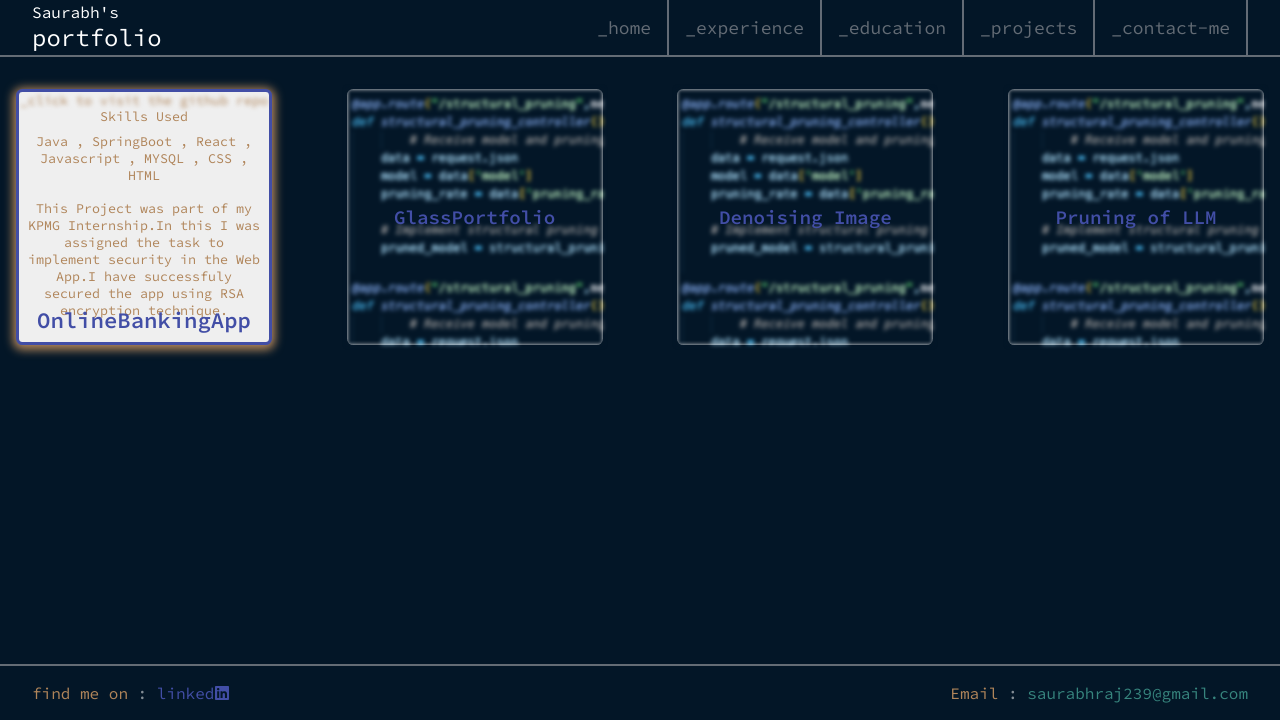
Repository: saurabhraj23/FrontendReactPortfolio
Page: /projects
The author's editor kept a copy of each file at every save. The page is drawn from the files as they stood at one save, then again after the next save.
The browser window is 1280 px wide. The pictures show the whole page.
The pointer rests on the first visible `.project-item`.
The project was rebuilt for these pictures with package versions that can differ from the ones it lists, and the page was loaded fresh each time. Also part of the build but not shown: vite.config.js, src/components/Education.jsx, src/components/Experience.jsx, src/components/Contacts.jsx, src/styles/default-page.css, src/components/DefaultPage.jsx.

Above is the page before, as saved 2024-07-23 15:14:27.

### index.html
<!doctype html>
<html lang="en">
  <head>
    <meta charset="UTF-8" />
    <link rel="icon" type="image/svg+xml" href="" />
    <meta name="viewport" content="width=device-width, initial-scale=1.0" />
    <title>Saurabh's portfolio</title>
  </head>
  <body>
    <div id="root"></div>
    <script type="module" src="/src/main.jsx"></script>
  </body>
</html>

### src/App.jsx
import React from "react";
import { BrowserRouter as Router, Route, Routes } from "react-router-dom";
import "./styles/App.css";
import Home from "./components/Home";
import Education from "./components/Education";
import Experience from "./components/Experience";
import Contacts from "./components/Contacts";
import Projects from "./components/Projects";
import Heading from "./components/Heading";
import Footer from "./components/Footer";
import DefaultPage from "./components/DefaultPage";

function App() {
  return (
    <div className="main">
      <Router>
        <Heading />
        <Routes>
          <Route path="/" element={<Home />}>
            <Route path="/" element={<DefaultPage />} />
            <Route path="/education" element={<Education />} />
            <Route path="/experience" element={<Experience />} />
            <Route path="/contacts" element={<Contacts />} />
            <Route path="/projects" element={<Projects />} />
          </Route>
        </Routes>
        <Footer />
      </Router>
    </div>
  );
}

export default App;

### src/styles/App.css
@import "./color.css";
@import "./experience.css";
@import "./education.css";
@import "./project.css";
@import "./header.css";
@import "./contact-me.css";
@import "./footer.css";
@import "./default-page.css";


*{
  margin:0;
  padding: 0;
  box-sizing: border-box;
  font-family: "Source Code Pro";
  font-weight: 400;
}

.main{
  background-color: var(--bg-color);
  color: var(--primary-white);
  height: 100vh;
  width: 100%;
  display: grid;
  grid-template-rows: 1fr 8fr 1fr;
  grid-template-columns: 4fr 3fr;
}

### src/components/Home.jsx
import React from "react";
import { Outlet } from "react-router-dom";

function Home() {
  return (
    <>
      <Outlet />
    </>
  );
}

export default Home;

### src/components/Projects.jsx
import React from "react";
import "../styles/App.css";
import { Link } from "react-router-dom";
import py from "../assets/py.png";
function Projects() {
  return (
    <>
      <div className="projects-left-side"></div>
      <div className="projects-right-side">
        <Link to={"https://github.com/saurabhraj23/OnlineBankingAppKPMG"}>
          <button className="project-item">
            <span>
              <span className="skills">
                <span className="skill-heading">Skills Used</span>
                <span>
                  Java , SpringBoot , React , Javascript , MYSQL , CSS , HTML
                </span>
              </span>
              <span>
                This Project was part of my KPMG Internship.In this I was
                assigned the task to implement security in the Web App.I have
                successfuly secured the app using RSA encryption technique.
              </span>
            </span>
            <span>OnlineBankingApp</span>
          </button>
        </Link>
        <Link to={"https://github.com/saurabhraj23/Glass-Portfolio"}>
          <button className="project-item">
            <span>
              <span className="skills">
                <span className="skill-heading">Skills Used :</span>
                <span>HTML , CSS , Javascript</span>
              </span>
              <span>
                The Website consists of some animation with glass design
                interface.Javascript DOM is used to perform click event.CSS
                property is extensively used to give the portfolio website a
                desirable look.
              </span>
            </span>
            <span>GlassPortfolio</span>
          </button>
        </Link>
        <Link to={"https://github.com/saurabhraj23/Denoising-Image"}>
          <button className="project-item">
            <span>
              <span className="skills">
                <span className="skill-heading">Skills Used</span>
                <span>Python , OpenCV</span>
              </span>
              <span>
                This project was meant to remove the periodic noise from the
                image by using Butterworth Low Pass Filter.
              </span>
            </span>
            <span>Denoising Image</span>
          </button>
        </Link>
        <Link to={"https://github.com/saurabhraj23/Pruning"}>
          <button className="project-item">
            <span>
              <span className="skills">
                <span className="skill-heading">Skills Used :</span>
                <span>Python , Flask , HuggingFace-cli , Linux</span>
              </span>
              <span>
                The Project aimed to demonstrate the capabilities of Kortex in
                enhancing AI-based operations within KPMG.I successfully
                completed the tasks assigned to me by implementing User
                Management functionalities , Optimizing and Prunining LLM models
                within Kortex.
              </span>
            </span>
            <span> Pruning of LLM</span>
          </button>
        </Link>
      </div>
    </>
  );
}

export default Projects;

### src/components/Heading.jsx
import React from "react";
import Navbar from "./Navbar";
function Heading() {
  return (
    <header className={"heading"}>
      <h2>
        <h6>Saurabh's</h6>
        portfolio
      </h2>
      <Navbar />
    </header>
  );
}

export default Heading;

### src/components/Footer.jsx
import React from "react";
import { Link } from "react-router-dom";
import { FaLinkedin } from "react-icons/fa";

function Footer() {
  return (
    <footer className="footer">
      <div>
        <span>find me on</span> <span>&nbsp;:</span>
        <Link to={"https://www.linkedin.com/in/saurabhraj239/"}>
          <span>
            &nbsp;linked
            <FaLinkedin />
          </span>
        </Link>
      </div>
      <div>
        <span>Email</span> <span> :</span>
        <span> saurabhraj239@gmail.com</span>
      </div>
    </footer>
  );
}

export default Footer;

### src/styles/color.css
@import url('https://fonts.googleapis.com/css2?family=Source+Code+Pro:ital,wght@0,200..900;1,200..900&display=swap');

:root {
--bg-color:#031627;
--primary-white:#fff;
--primary-dark:#d3d0d076;
--secondary-blue:#424ea6;
--tertiary-green:#37857e;
--tertiary-green-dark:#77E4C8;
--tertiary-brown-light:#D4BDAC;
--tertiary-orange:#b0855a;

}

### src/styles/experience.css
@import "./color.css";

.experience-left-side{
  display: none;
}
.experience-right-side{
  margin: 2rem;
  grid-column: 1/3;

}
.experience-right-side > div:first-child{
  display: flex;
  justify-content: space-between;
}
.experience-right-side>div:first-child>span:nth-child(2) span{
display: inline-block;
}
.experience-right-side>div:first-child>span:nth-child(2)>span:nth-child(2){
  animation: present 2s infinite alternate ease-in-out;

}

@keyframes present {
  from{

    opacity: 0;
  }
  to{

    opacity: 1;
  }
}

.experience-right-side>div:first-child>span:first-child{
  font-size: 1.4rem;
  color: var(--secondary-blue);
  font-weight: 600;
  margin-bottom: 3rem;
  text-decoration: underline;
}

.experience-right-side span{
  display: block;
}

.internship-details{
  display: flex;
  flex-direction: column;
}
.internship-details>span:first-child{
  font-size: 1.2rem;
  color: var(--tertiary-green);
  font-weight: 600;
  letter-spacing: 0.2rem;
  margin-bottom:1rem ;


}
.internship-details>span:nth-child(2){
  /* letter-spacing: 0.1rem; */
  color: var(--tertiary-brown-light);

}

.internship-details>span:nth-child(2)>span:first-child{
  font-size: 1.1rem;
  font-weight: 500;
  color: var(--tertiary-orange);

}


.internship-details>span:first-child span{
  display: inline-block;

}

.internship-details>span:nth-child(2)>span:first-child{
  letter-spacing: 0.2rem;
}

.internship-details>span:first-child>span:first-child{
  animation: arrowMove 1.6s infinite alternate ease-in-out;
  }

.fte-details{
  display: flex;
  flex-direction: column;
  margin-top: 2rem;

}
.fte-details>span:first-child{
  font-size: 1.2rem;
  color: var(--tertiary-green);
  font-weight: 600;
  letter-spacing: 0.2rem;
  margin-bottom: 1rem;

}

.fte-details>span:nth-child(2){
  color: var(--tertiary-brown-light);
}

.fte-details>span:nth-child(2)>span:nth-child(1)>span:first-child{
  color: var(--tertiary-orange);
  font-size: 1.1rem;
  font-weight: 500;
  }

.fte-details>span:nth-child(2)>span:nth-child(2)>span:first-child{
  letter-spacing: 0.2rem;
}
.fte-details>span:nth-child(2)>span:nth-child(1)>span:first-child{
  letter-spacing: 0.2rem;
}

.fte-details>span:nth-child(2)>span:nth-child(2){
  margin-top: 1rem;
}
.fte-details>span:nth-child(2)>span:nth-child(2)>span:first-child{
font-size: 1.1rem;
font-weight: 500;
color: var(--tertiary-orange);
}

.fte-details>span:first-child span{
  display: inline-block;
}

.fte-details>span:first-child>span:first-child{
animation: arrowMove 1.6s infinite alternate ease-in-out;
}

@keyframes arrowMove {
  from{
    transform: translateX(-0.6rem);
  }
  to{
    transform: translateX(0);
  }
}

.current-working  span{
  display: inline-block;
  animation: colorChange 2s infinite alternate ease-in-out ;

}

@keyframes colorChange {
  from{
color: var(--tertiary-brown-light);
  }

  to{
    color: var(--primary-white);

  }
}
.current-working{
  display: flex;
  flex-direction: row;
}

### src/styles/education.css
 @import "./color.css";

.education-left-side{
  display: none;
}
.education-right-side{
  margin: 2rem ;
  grid-column: 1/3;

}

.education-right-side{
  display: flex;
  flex-direction: column;
}

.degrees{
  display: flex;
  justify-content: space-between;
  margin-bottom: 2rem;
}

.degrees>span:first-child>h2{
  color: var(--tertiary-orange);
}
.degrees>span:first-child>h4{
  color: var(--tertiary-green);
}
.degrees>span:first-child>h5{
  color: var(--tertiary-brown-light);
  font-weight: 600;
}

.degrees>span:first-child>h3{
  display: flex;
  flex-direction: row;
}

.degrees>span:first-child>h3>span:nth-child(2){
  color: var(--tertiary-green-dark);
  animation: passed 2s infinite alternate ease-in-out;
}

@keyframes passed {
  from{
opacity: 0;
  }
  to{
opacity: 1;
  }
}
.degrees span:first-child {
  display: flex;
  flex-direction: column;
  gap: 0.6rem;
}
.degree-year{
  color: var(--tertiary-orange);
}

### src/styles/project.css
.projects-left-side{
  border: 1px solid red;
  display: none;
}
.projects-right-side{
  grid-column: 1/3;
  padding: 1rem;
  display: flex;
  justify-content: space-between;
  text-decoration: none;
  position: relative;
}

.projects-right-side > a{
  text-decoration: none;
}

.project-item{
  width: 20vw;
  height: 20vw;
  display: flex;
  justify-content: center;
  align-items: center;
  position: relative;
  flex-direction: column;
  border-radius: 0.4rem ;
  border: none;

}

.project-item:hover{
  cursor: pointer;
  box-shadow: 0 0.12rem 0.6rem 0.2rem var(--tertiary-orange);
  border: 0.20rem solid var(--secondary-blue);


}

.project-item span{
  display: inline-block;
  padding: 0.5rem;
}


.project-item>span:first-child{
  display: none;
}

.project-item:hover span:first-child{
  display: contents;
  color: var(--tertiary-orange);
  transition: all 2s;
}

.project-item>span:last-child{
  color: var(--secondary-blue);
transition: all 2s;
font-size: 1.2rem;
font-weight: 600;
z-index: 1;
}

.project-item:hover >span:last-child{
  width: 100%;
  position: absolute;
  bottom: 0;
  text-align: center;
  font-size: 1.4rem;
  }

  .project-item::before{
    content: "";
    position: absolute;
    background-image: url(../assets/py.png);
    filter: blur(2px);
    top: 0;
    bottom: 0rem;
    left: 0;
    right: 0;
  }

  .project-item:hover::before{
content: "_click to visit the github repo";
background-image: none;
position: absolute;
bottom: -2rem;
color: var(--tertiary-orange);

  }

### src/styles/header.css
.heading{
  grid-column: 1/3;
  display: flex;
  justify-content: space-between;
  align-items: center;
  border-bottom: 0.16rem solid var(--primary-dark);
  padding:0 2rem;
  margin-bottom: 1rem;
  }

  nav button{
    padding: 1rem;
    background-color: transparent;
    cursor: pointer;
    font-size: large;
    color: var(--primary-dark);
    border: none;
    border-right: 0.16rem solid var(--primary-dark);
  }

  nav button:hover{
    color: var(--primary-white);
    box-shadow: inset 0 -0.16rem 0 0 var(--tertiary-green);

  }

  .active{
    /* box-shadow: inset 0 -0.16rem 0 0 var(--tertiary-green); */
    color: var(--tertiary-green);
  }

### src/styles/contact-me.css
@import "../styles/color.css";

.contact-me-left-side{
  display: none;
}

.contact-me-right-side{
  grid-column: 1/3;
  display: grid;
  grid-template-columns: 2fr 1.1fr;
padding:  0 2rem;
}

.contact-me-left{
  /* border: 1px solid green; */
  padding: 1rem 2rem;
display: flex;
flex-direction: column;
gap: 0.7rem;

}

.contact-me-right{
  background-color: var(--primary-white);
  border-radius: 3%;
  padding: 1rem 2rem;
  color: var(--tertiary-green);
}

.image{
display: flex;
flex-direction: column;
align-items: center;
justify-content: center;
position: relative;
}

.image>img{
  width: 40%;
  object-fit: contain;
  border-radius: 50%;
  position: relative;
  z-index: 10;
}

.contact-me-left>span:first-child {
  font-size: 2.2rem;
  letter-spacing: 0.4rem;
  font-weight: 500;
}
.contact-me-left>span:first-child span{
  font-size: 2rem;
  letter-spacing: 0.4rem;
  color: var(--tertiary-green-dark);
  font-weight: 500;

}

.contact-me-left span{
  font-size: 1rem;
}
.contact-me-left a{
  text-decoration: none;
}
.contact-me-left a:visited{
color: var(--primary-white);
}

.circle{
  /* border: 1px solid red; */
  width: 44%;
  padding-top: 44%;
  border-radius: 50%;
  position: absolute;
  background-color: var(--tertiary-green);
  /* transform: translateX(-4rem); */
  z-index: 8;
  animation: round 4s infinite alternate ease-in-out;
}

@keyframes round {
  from{
background-color: val(--bg-color);
transform: scale(0);
  }
  50%{
    background-color: val(--secondary-blue);
    transform: scale(0.9);
  }
  to{
    background-color: val(--tertiary-green);
    transform: scale(1);
  }
}

.contact-details>span:first-child{
color: var(--tertiary-green-dark);
}

form{
display: flex;
flex-direction: column;
font-size: larger;
letter-spacing: 0.1rem;


}
.contact-me-form-heading{
text-align: center;
font-size: 2rem;
  width: 100%;

padding: 0.6rem;
border-radius: 0.4rem;
letter-spacing: 0.2rem;
box-shadow: 0 0.12rem 0 0.2rem var(--tertiary-green);

}


.contact-me-form-heading>span{

}

.fields{
  display: flex;
  flex-direction: column;
  margin-top: 1.8rem;

}

.fields>input{
  height: 2rem;
  border: none;
  outline: none;
  border-bottom: 0.16rem solid var(--primary-dark);
  font-size: 1rem;
  box-sizing:border-box;
  padding: 0.6rem;
  letter-spacing: 0.1rem;


}

.fields>input:focus{
border-bottom: 0.2rem solid var(--tertiary-green);

}

form div:nth-of-type(5)>textarea{
/* height: 8rem; */
outline: 0.12rem solid var(--primary-dark);
border-radius: 0.4rem;
padding-left: 1rem;
margin-top: 1rem;
padding: 0;
border: none;
border-bottom: 0.16rem solid var(--primary-dark);
font-size: 1rem;
resize: none;
box-sizing: border-box;
padding:0.6rem ;
}

.fields>textarea:focus{
  /* border-bottom: 0.2rem solid var(--tertiary-green); */
  box-shadow: 0 0.2rem 0 0 var(--tertiary-green)

  }

form> button{
font-size: large;
padding: 0.6rem 0.6rem;
border-radius: 2rem;
border: none;
cursor: pointer;
color: var(--primary-white);
background-color: var(--tertiary-green);
margin-top: 1rem;
}

.radio{
  display: flex;
  flex-direction: row;
  justify-content: space-evenly;
padding-top: 2rem;
}

.radio>span>label{
margin-left: 1rem;
/* font-size: larger; */
}

.radio>span>input{
  scale: 1.2;
  }

### src/styles/footer.css
.footer{
  grid-column: 1/3;
  display: flex;
  flex-direction: row;
  justify-content: space-between;
  align-items: center;
  padding: 0 2rem;
  border-top: 0.16rem solid var(--primary-dark);
margin-top: 1rem;
}

.footer > div:first-child{
  display: flex;
  align-items: center;
  justify-content: center;
}

.footer > div:first-child > span:first-child{
  color: var(--tertiary-orange);
}
.footer > div:first-child > a>span{
  color: var(--secondary-blue);
  display: flex;
  align-items: center;
  justify-content: center;
}

.footer > div:nth-of-type(2) > span:nth-of-type(1){
  color: var(--tertiary-orange);
}
.footer > div:nth-of-type(2) > span:nth-of-type(3){
  color: var(--tertiary-green);
}

.footer>div:first-child >a{
text-decoration: none;
color: var(--secondary-blue);
}

.footer>div:first-child span:nth-child(2){
  animation: blink 2s infinite alternate linear;
}
.footer>div:last-child span:nth-child(2){
  animation: blink 2s infinite alternate linear;
  color: white;
}

@keyframes blink {
  from{
    opacity: 0;
  }
  to{
    opacity: 1;
  }
}

### src/components/Navbar.jsx
import React, { useRef, useState } from "react";
import { Link } from "react-router-dom";

function Navbar() {
  const navBar = [
    { path: "/", label: "_home" },
    { path: "/experience", label: "_experience" },
    { path: "/education", label: "_education" },
    { path: "/projects", label: "_projects" },
    { path: "/contacts", label: "_contact-me" },
  ];

  const [activeIndex, setActiveIndex] = useState(false);

  return (
    <nav>
      {navBar.map((element, idx) => (
        <Link key={idx} to={element.path}>
          <button
            className={activeIndex === idx ? "active" : ""}
            onClick={() => {
              setActiveIndex(idx);
            }}
          >
            {element.label}
          </button>
        </Link>
      ))}
    </nav>
  );
}

export default Navbar;

Loaded but not shown: src/main.jsx (common file); src/index.css (no stored copy; drawn as an empty file)

After the next save:
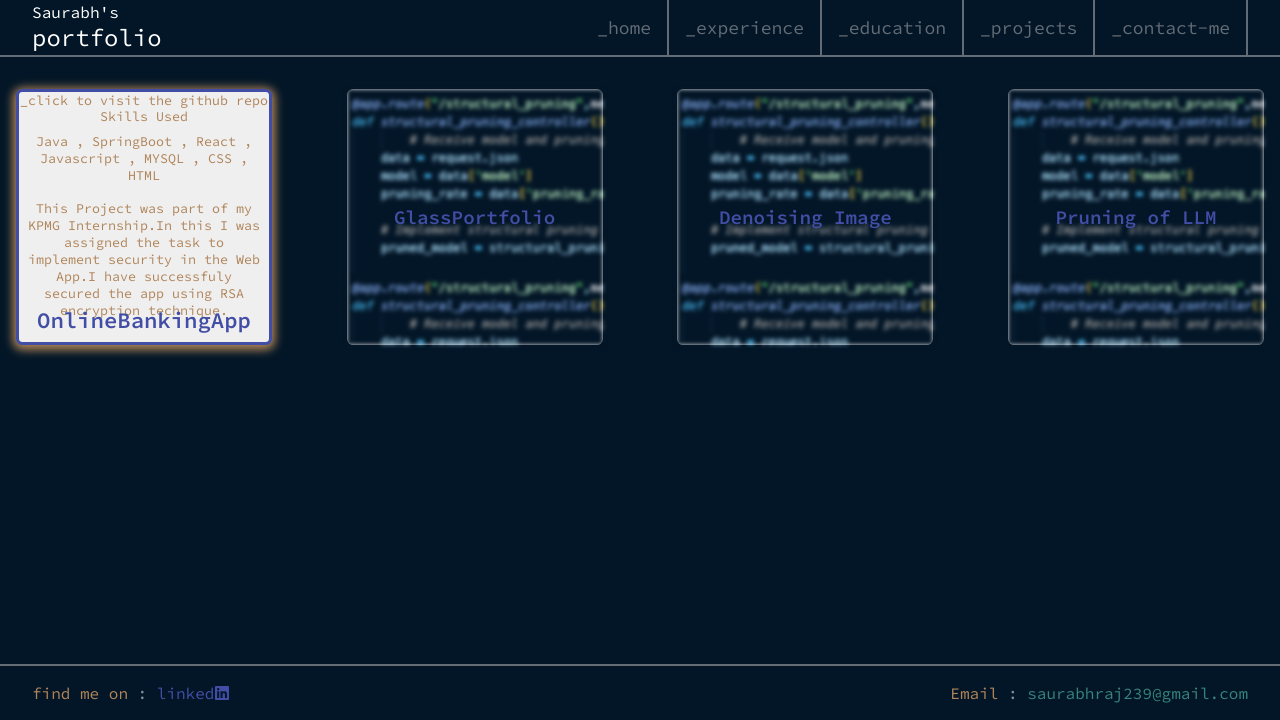
Saved 23 s later.
--- a/src/styles/project.css
+++ b/src/styles/project.css
@@ -85,5 +85,5 @@ background-image: none;
 position: absolute;
 bottom: -2rem;
 color: var(--tertiary-orange);
-
+filter: blur(0);
   }
